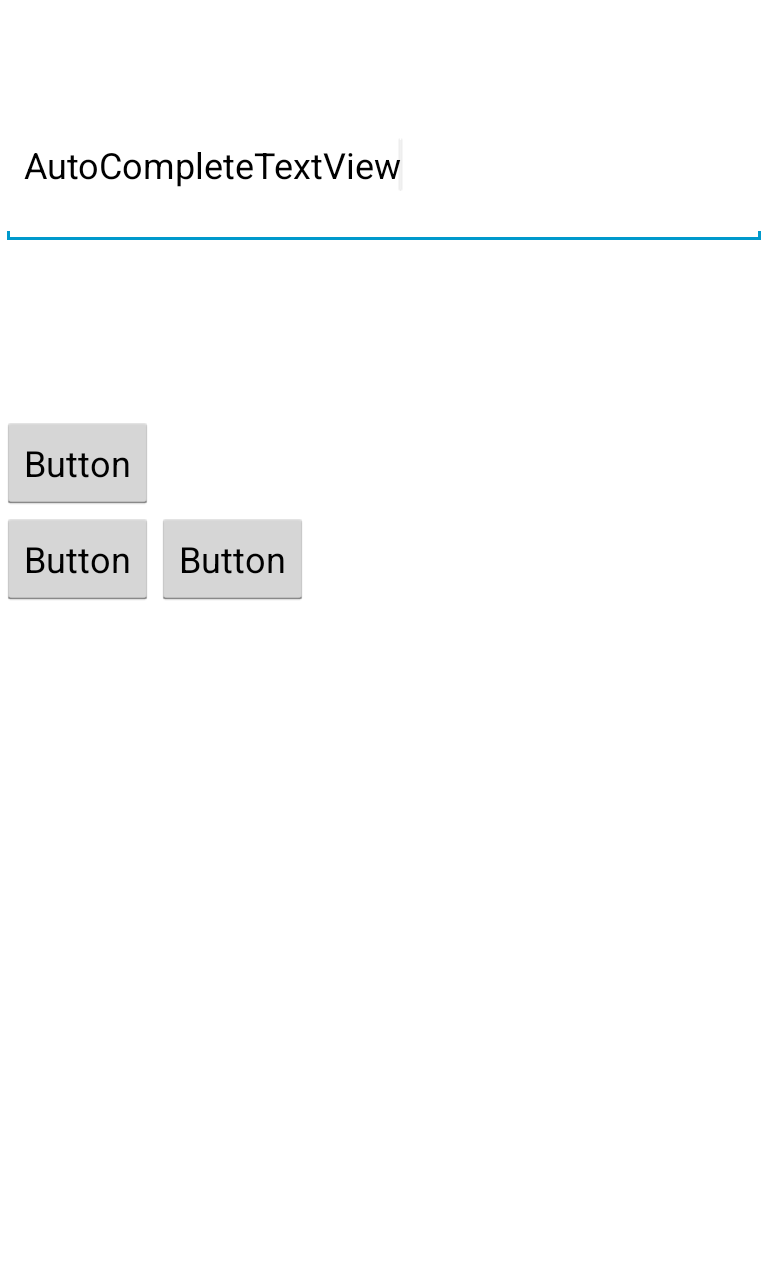
Repository: thinhnk55/android-appshare
Layout: ShareApp/res/layout/activity_main.xml
These files come from the project's save history. The layout is drawn as it stood at one moment and after the next save; the edit follows.
It is drawn on a 768 x 1280 px phone screen (xhdpi) without system bars, with theme AppTheme; the app's code is not run.

Above is the layout before, as saved 2014-07-02 16:32:19.

### ShareApp/res/layout/activity_main.xml
<RelativeLayout xmlns:android="http://schemas.android.com/apk/res/android"
    xmlns:tools="http://schemas.android.com/tools"
    android:layout_width="match_parent"
    android:layout_height="match_parent"
    tools:context=".MainActivity">

    <TabHost
        android:id="@android:id/tabhost"
        android:layout_width="match_parent"
        android:layout_height="match_parent"
        android:layout_alignParentLeft="true"
        android:layout_alignParentTop="true">

        <LinearLayout
            android:layout_width="match_parent"
            android:layout_height="match_parent"
            android:orientation="vertical"
            android:weightSum="120" >

            <TabWidget
                android:id="@android:id/tabs"
                android:layout_width="match_parent"
                android:layout_height="wrap_content"
                android:layout_weight="10">
            </TabWidget>

            <AutoCompleteTextView
                android:id="@+id/autoCompleteTextView1"
                android:layout_width="match_parent"
                android:layout_height="wrap_content"
                android:ems="10"
                android:text="AutoCompleteTextView"
                android:layout_weight="10" >

                <requestFocus />
            </AutoCompleteTextView>

            <FrameLayout
                android:id="@android:id/tabcontent"
                android:layout_width="match_parent"
                android:layout_weight="20">

                <LinearLayout
                    android:id="@+id/tab1"
                    android:layout_width="match_parent"
                    android:layout_height="match_parent" >
                </LinearLayout>

                <LinearLayout
                    android:id="@+id/tab2"
                    android:layout_width="match_parent"
                    android:layout_height="match_parent" >
                </LinearLayout>

                <LinearLayout
                    android:id="@+id/tab3"
                    android:layout_width="match_parent"
                    android:layout_height="match_parent" >
                </LinearLayout>
            </FrameLayout>

            <FrameLayout
                android:layout_width="match_parent"
                android:layout_height="wrap_content" >
            </FrameLayout>

            <Button
                android:id="@+id/button1"
                android:layout_width="wrap_content"
                android:layout_height="wrap_content"
                android:text="Button" />

            <LinearLayout
                android:layout_width="match_parent"
                android:layout_height="wrap_content" >

                <Button
                    android:id="@+id/button2"
                    android:layout_width="wrap_content"
                    android:layout_height="wrap_content"
                    android:text="Button" />

                <Button
                    android:id="@+id/button3"
                    android:layout_width="wrap_content"
                    android:layout_height="wrap_content"
                    android:text="Button" />

            </LinearLayout>

        </LinearLayout>
    </TabHost>

</RelativeLayout>

Loaded but not shown: ShareApp/res/values/styles.xml (common file); ShareApp/res/values-v11/styles.xml (common file); ShareApp/res/values-v14/styles.xml (common file)

After the next save:
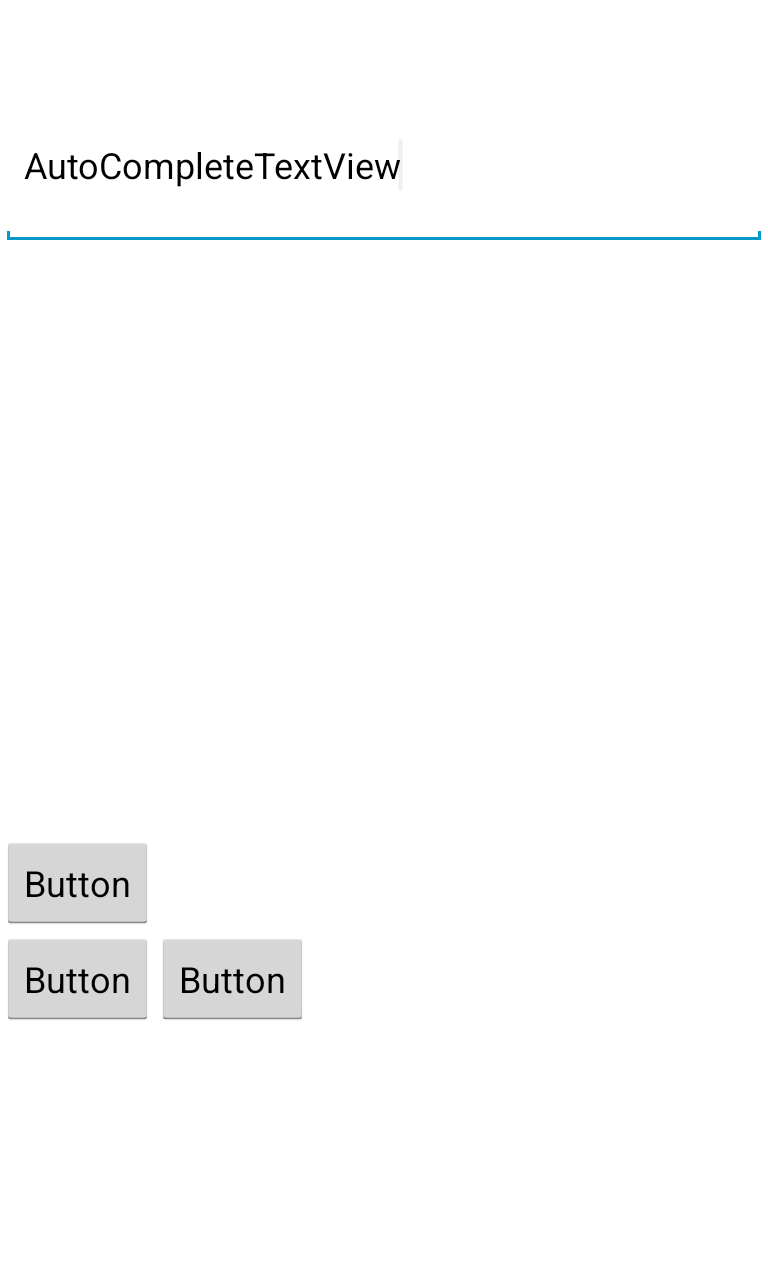
Saved 17 s later.
--- a/ShareApp/res/layout/activity_main.xml
+++ b/ShareApp/res/layout/activity_main.xml
@@ -61,7 +61,8 @@
 
             <FrameLayout
                 android:layout_width="match_parent"
-                android:layout_height="wrap_content" >
+                android:layout_height="wrap_content"
+                android:layout_weight="50" >
             </FrameLayout>
 
             <Button
